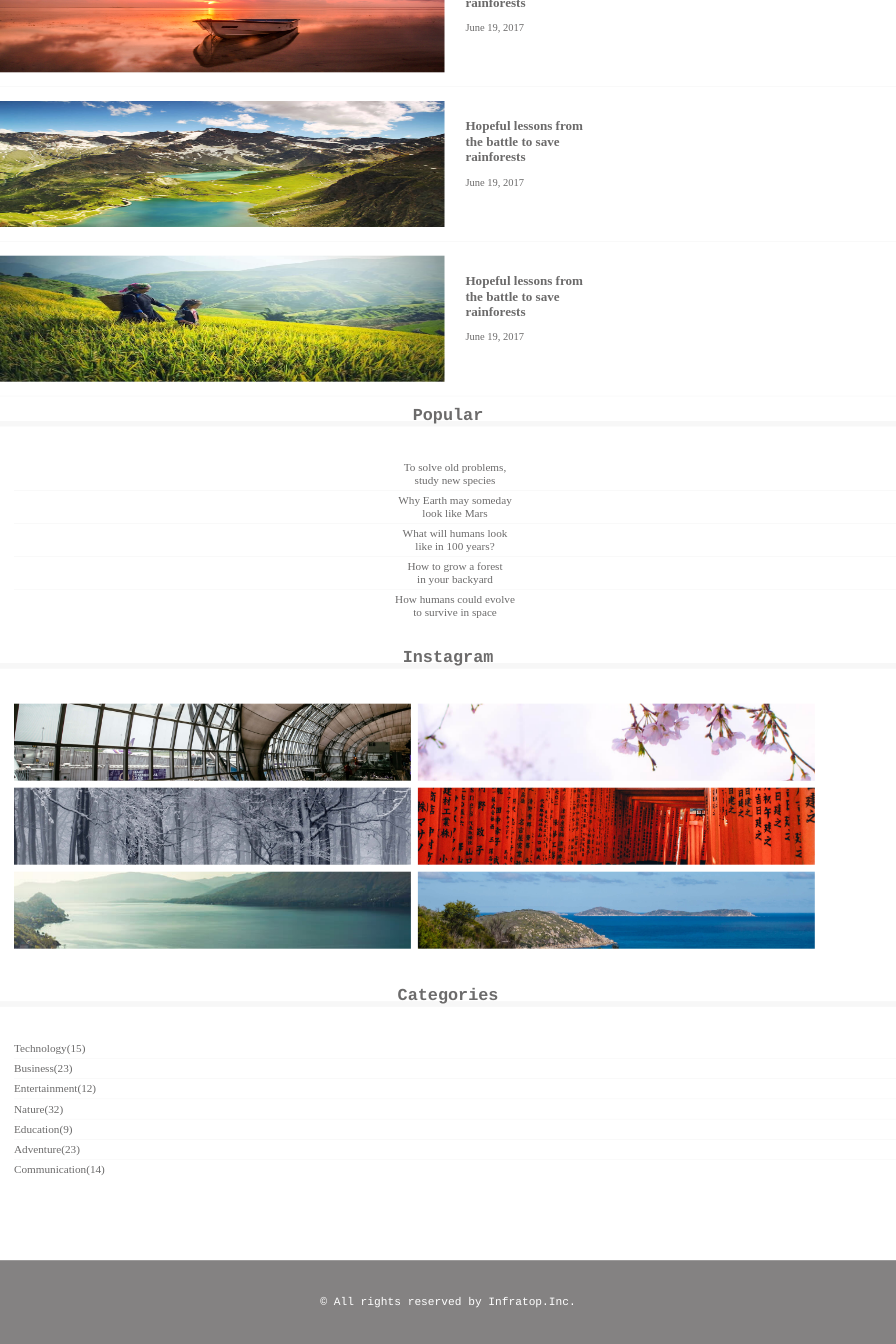
Repository: t-sato-infratop/environment
Page: caravan/index.html
The author's editor kept a record of every edit. The page is drawn from the files as they stood at one moment, then again after the next edit.
The browser window is 1280 px wide. The pictures show the part of the page from y = 1066 to 2986 px (the page is 2986 px tall), at 70% of full size.

Above is the page before.

After the next edit:
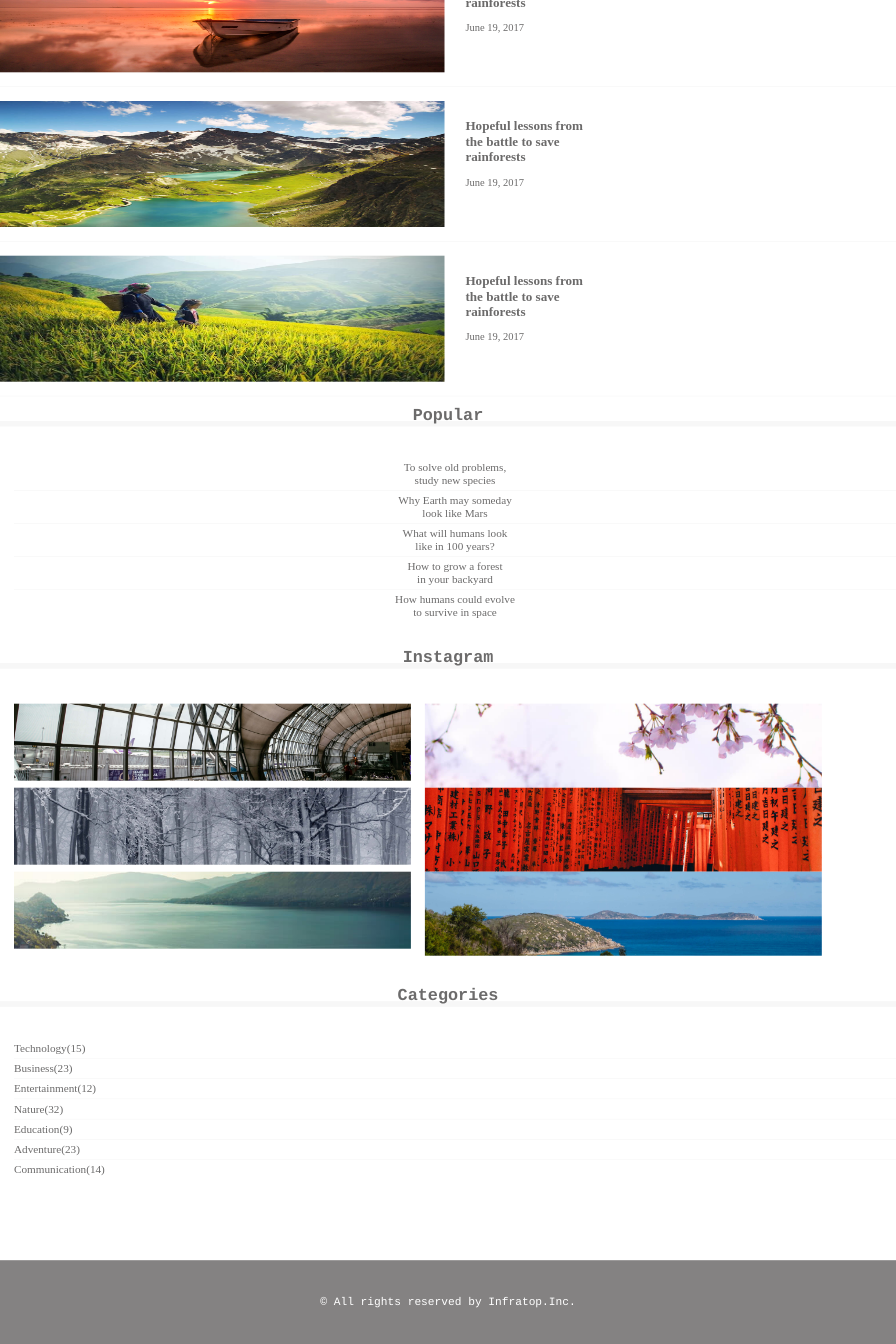
The edit:
--- a/caravan/style.css
+++ b/caravan/style.css
@@ -300,7 +300,7 @@
 }
 
 .instagram-box:nth-child(even) {
-  margin: 0 5px 10px 0;
+  margin-right: 4%;
 }
 
 .footer-text {

After the 2 edits that followed:
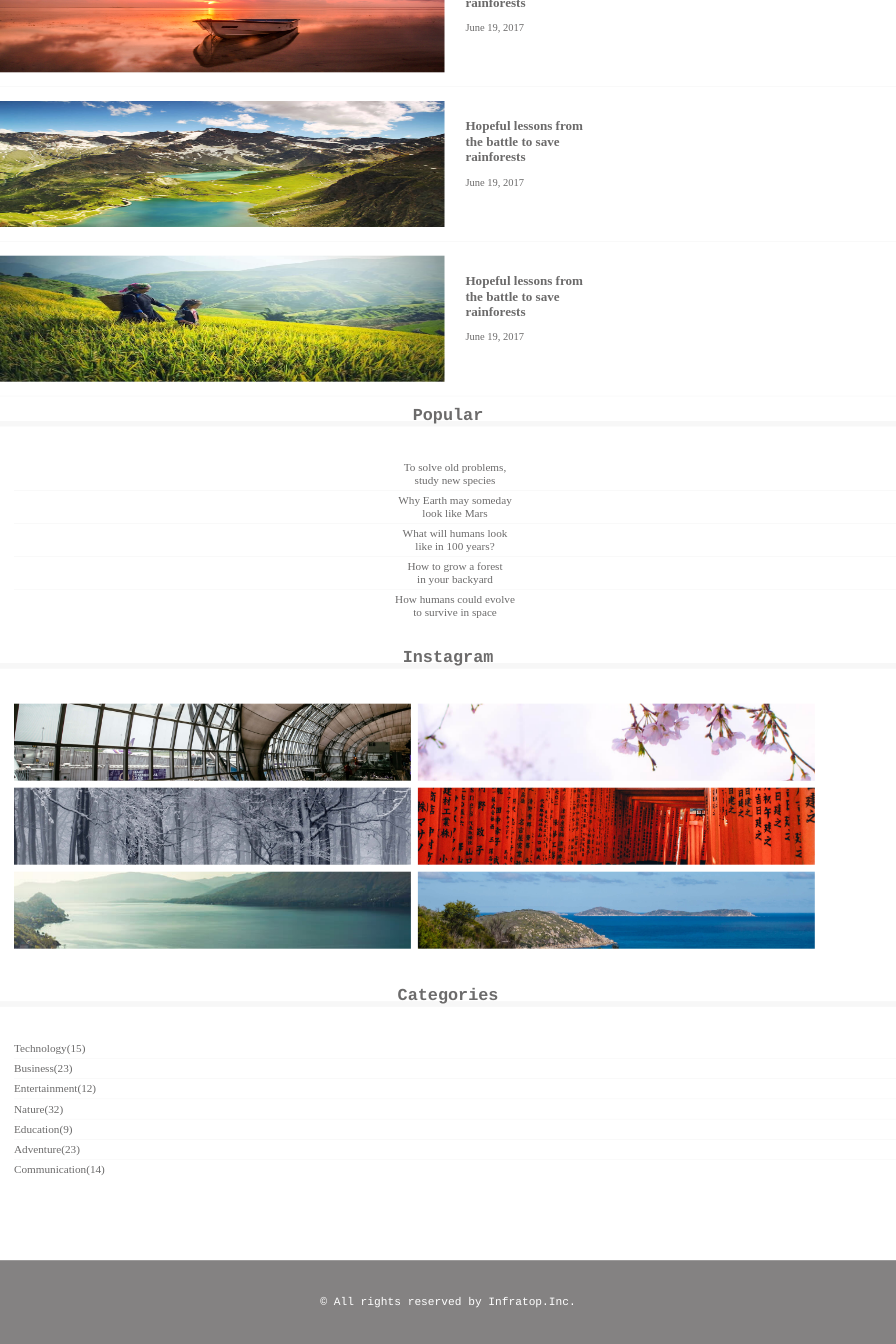
The 2 edits are shown as one change because 1 left the picture as it was.
The edit:
--- a/caravan/style.css
+++ b/caravan/style.css
@@ -296,7 +296,6 @@
 
 .instagram-box {
   width: 45%;
-  margin: 0 0 0 10px;
 }
 
 .instagram-box:nth-child(even) {
